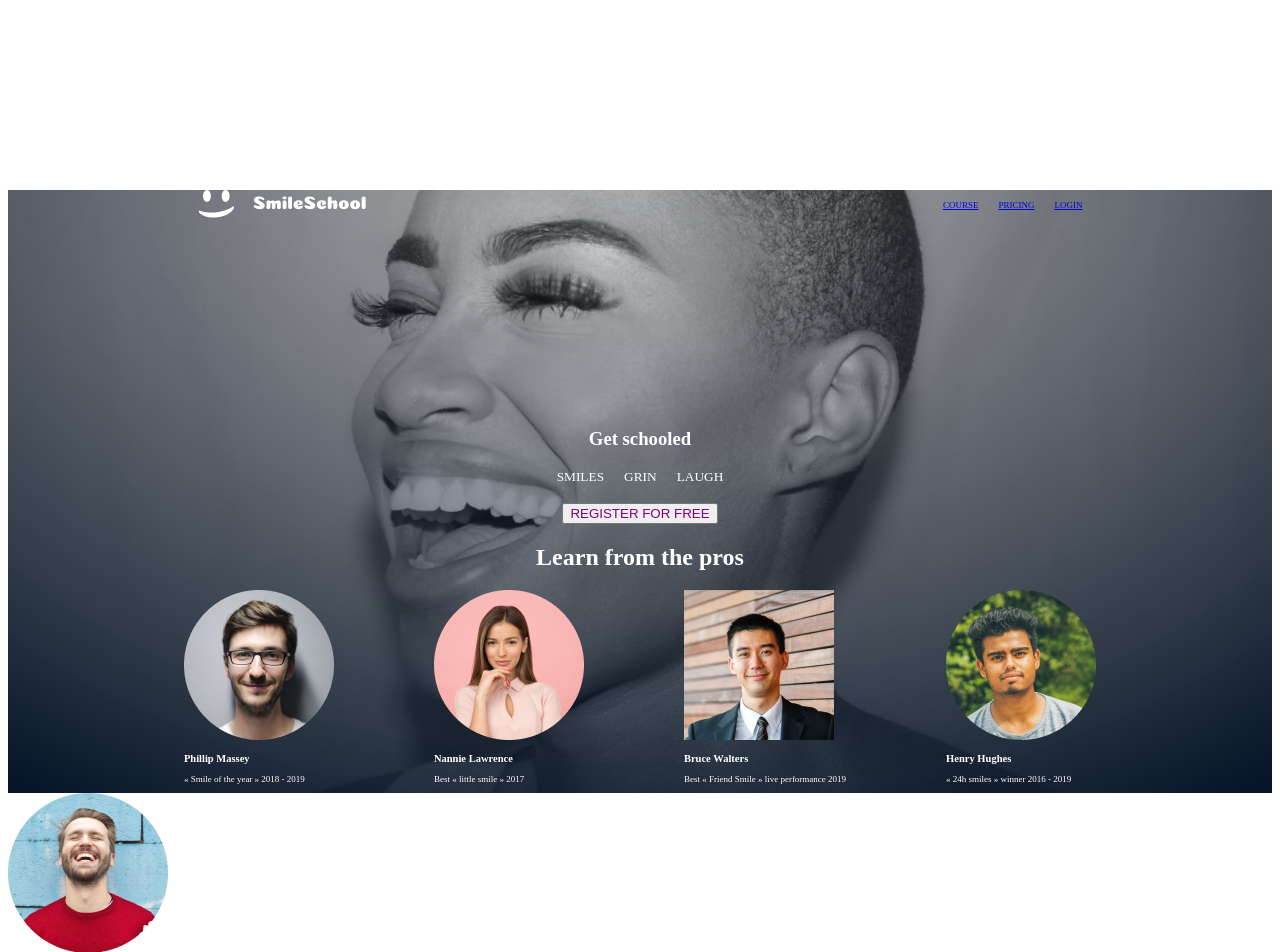
Repository: mwihakiann/alx_html_css
Page: css_advanced/index.html
An editor plug-in stored every save of this project. The page is shown before and after a run of saves, followed by the edit.
The browser window is 1280 px wide. The pictures show the part of the page from y = 0 to 952 px (the page is 3643 px tall).
A picture or video elsewhere on the page could not be fetched, so the positions and the page height are approximate. Some web libraries are served in a nearby version.

Above is the page before, as saved 2025-09-28 17:59:26.

### css_advanced/index.html
<!DOCTYPE html>
<html lang="en">
<head>
  <meta charset="UTF-8">
  <meta name="viewport" content="width=device-width, initial-scale=1.0">
  <script src="https://kit.fontawesome.com/4a2b055604.js" crossorigin="anonymous"></script>
  <title>Document</title>
  <link rel="stylesheet" href="styles.css">
</head>
<body>
    <section class="first-page">
  <header>
    <nav>
      <img src="./images/logo.png" alt="logo">
      <ul>
        <li><a href="#">COURSE</a></li>
        <li><a href="#">PRICING</a></li>
        <li><a href="#">LOGIN</a></li>
      </ul>
    </nav>
  </header>

  <main>
    <section>
      <div class="intro">
        <h1>Get schooled</h1>
        <div class="horizontal-stack">
        <span>SMILES</span>
        <span>GRIN</span>
        <span>LAUGH</span>
        </div>
        <br>
        <button class="register">REGISTER FOR FREE</button>
      </div>
      <div class="learn-from-pros">
        <h2>Learn from the pros</h2>
        <div class="pros">
          <div>
            <img src="./images/1.png" alt="">
            <h3>Phillip Massey</h3>
            <p>« Smile of the year » 2018 - 2019</p>
          </div>
          <div>
            <img src="./images/3.png" alt="">
            <h3>Nannie Lawrence</h3>
            <p>Best « little smile » 2017</p>
          </div>
          <div>
            <img src="./images/2.png" alt="">
            <h3>Bruce Walters</h3>
            <p>Best « Friend Smile » live performance 2019</p>
          </div>
          <div>
            <img src="./images/4.png" alt="">
            <h3>Henry Hughes</h3>
            <p>« 24h smiles » winner 2016 - 2019</p>
          </div>
        </div>
      </div>
    </section>
</section>

    <section>
      <div>
        <img src="./images/5.png" alt="image">
      </div>
      <div>
        <blockquote>« Those tutorials are concise and go straight to the point. I can’t think of a better place to learn smiling. And it’s so fun!</blockquote>
        <h3>NAME</h3>
        <p>weather presenter</p>
      </div>
    </section>

    <section>
      <h2>Most popular tutorials</h2>

      <div class="tutorial-card">
        <img src="./images/9.png" alt="Diagonal Smile">
        <img src="./images/play.png" alt="play button" class="play-btn">
        <h3>Diagonal Smile</h3>
        <p>Lorem ipsum dolor sit amet, consect adipiscing elit, sed do eiusmod.</p>
        <div>
          <img src="./images/1 (3).png" alt="">
          <h4>Phillip Massey</h4>
        </div>
        <div>
          <div><i class="fa-solid fa-star"></i></div>
          <div><i class="fa-solid fa-star"></i></div>
          <div><i class="fa-solid fa-star"></i></div>
          <div><i class="fa-solid fa-star"></i></div>
          <div><i class="fa-solid fa-star"></i></div>
        </div>
        <p>8 min</p>
      </div>

      <div class="tutorial-card">
        <img src="./images/6.png" alt="Happy Smile">
        <img src="./images/play.png" alt="play button" class="play-btn">
        <h3>Happy Smile</h3>
        <p>Lorem ipsum dolor sit amet, consect adipiscing elit, sed do eiusmod.</p>
        <div>
          <img src="./images/1 (3).png" alt="">
          <h4>Phillip Massey</h4>
        </div>
        <div>
          <div><i class="fa-solid fa-star"></i></div>
          <div><i class="fa-solid fa-star"></i></div>
          <div><i class="fa-solid fa-star"></i></div>
          <div><i class="fa-solid fa-star"></i></div>
          <div><i class="fa-solid fa-star"></i></div>
        </div>
        <p>8 min</p>
      </div>

      <div class="tutorial-card">
        <img src="./images/8.png" alt="Natural Smile">
        <img src="./images/play.png" alt="play button" class="play-btn">
        <h3>Natural Smile</h3>
        <p>Lorem ipsum dolor sit amet, consect adipiscing elit, sed do eiusmod.</p>
        <div>
          <img src="./images/1.png" alt="">
          <h4>Phillip Massey</h4>
        </div>
        <div>
          <div><i class="fa-solid fa-star"></i></div>
          <div><i class="fa-solid fa-star"></i></div>
          <div><i class="fa-solid fa-star"></i></div>
          <div><i class="fa-solid fa-star"></i></div>
          <div><i class="fa-solid fa-star"></i></div>
        </div>
        <p>8 min</p>
      </div>

      <div class="tutorial-card">
        <img src="./images/7.png" alt="Sad Smile">
        <img src="./images/play.png" alt="play button" class="play-btn">
        <h3>Sad Smile</h3>
        <p>Lorem ipsum dolor sit amet, consect adipiscing elit, sed do eiusmod.</p>
        <div>
          <img src="./images/1.png" alt="">
          <h4>Phillip Massey</h4>
        </div>
        <div>
          <div><i class="fa-solid fa-star"></i></div>
          <div><i class="fa-solid fa-star"></i></div>
          <div><i class="fa-solid fa-star"></i></div>
          <div><i class="fa-solid fa-star"></i></div>
          <div><i class="fa-solid fa-star"></i></div>
        </div>
        <p>8 min</p>
      </div>
    </section>

    <section>
      <h2>Free membership</h2>
      <div>
        <img src="./images/smile.png" alt="">
        <h3>Lorem Ipsum</h3>
        <p>Lorem ipsum dolor sit amet, consectetur adipiscing elit.</p>
      </div>
      <div>
        <img src="./images/smile.png" alt="">
        <h3>Lorem Ipsum</h3>
        <p>Lorem ipsum dolor sit amet, consectetur adipiscing elit.</p>
      </div>
      <div>
        <img src="./images/smile.png" alt="">
        <h3>Lorem Ipsum</h3>
        <p>Lorem ipsum dolor sit amet, consectetur adipiscing elit.</p>
      </div>
      <div>
        <img src="./images/smile.png" alt="">
        <h3>Lorem Ipsum</h3>
        <p>Lorem ipsum dolor sit amet, consectetur adipiscing elit.</p>
      </div>
      <button>REGISTER FOR FREE</button>
    </section>

    <section>
      <h2>F.A.Q</h2>
      <div>
        <div>
          <div>
            <h3>How does this work?</h3>
          </div>
          <div>
            Lorem ipsum dolor sit amet, consectetur adipiscing elit, sed do eiusmod tempor incididunt ut labore et dolore magna aliqua.
          </div>

          <div>
            <h3>How does this work?</h3>
          </div>
          <div>
            Lorem ipsum dolor sit amet, consectetur adipiscing elit, sed do eiusmod tempor incididunt ut labore et dolore magna aliqua.
          </div>
        </div>
        <div>
          <div>
            <h3>How does this work?</h3>
          </div>
          <div>
            Lorem ipsum dolor sit amet, consectetur adipiscing elit, sed do eiusmod tempor incididunt ut labore et dolore magna aliqua.
          </div>
          <div>
            <h3>How does this work?</h3>
          </div>
          <div>
            Lorem ipsum dolor sit amet, consectetur adipiscing elit, sed do eiusmod tempor incididunt ut labore et dolore magna aliqua.
          </div>
        </div>
      </div>
    </section>
  </main>

  <footer>
    <section>
      <div>
        <img src="./images/logo.png" alt="logo">
        <div>
          <i class="fa-brands fa-facebook"></i>
          <i class="fa-brands fa-twitter"></i>
          <i class="fa-brands fa-instagram"></i>
        </div>
      </div>
      <p>©smileschool 2020</p>
    </section>
  </footer>
</body>
</html>

### css_advanced/styles.css
body{
    color: white;
}
nav ul{
    display: flex;
    gap: 20px;
    list-style: none;
    color: white;
    text-decoration: none;
}
nav{
    display: flex;
    justify-content: space-between;
    align-items: center;
    margin: 15%;
    font-size: xx-small;
}
.first-page{
    background-image: url(./images/Object.png);
    background-size: cover;
    background-position: center;
    color: white;
}
.intro{
    display: flex;
    flex-direction: column;
    justify-content: center;
    align-items: center;
    gap: 0;
}
h1{
    font-size: 40;
}
.register{
    color: purple
}
.learn-from-pros{
    display: flex;
    flex-direction: column;
    justify-content: center;
    align-items: center;
    font-size: medium;
}
.pros{
    display: flex;
    font-size:xx-small;
    gap: 100px;
}
.horizontal-stack{
   display: flex;
    gap: 20px;
    font-size: smaller;
}
.tutorial-card {
    position: relative;
    display: inline-block;
    margin: 20px;
  }

  .tutorial-card img {
    display: block;
  }

  .tutorial-card .play-btn {
    position: absolute;
    top: 50px;
    left: 50%;
    transform: translateX(-50 -50%);
    width: 50px;
    height: 50px;
    pointer-events: none;
  }

After the next 3 saves:
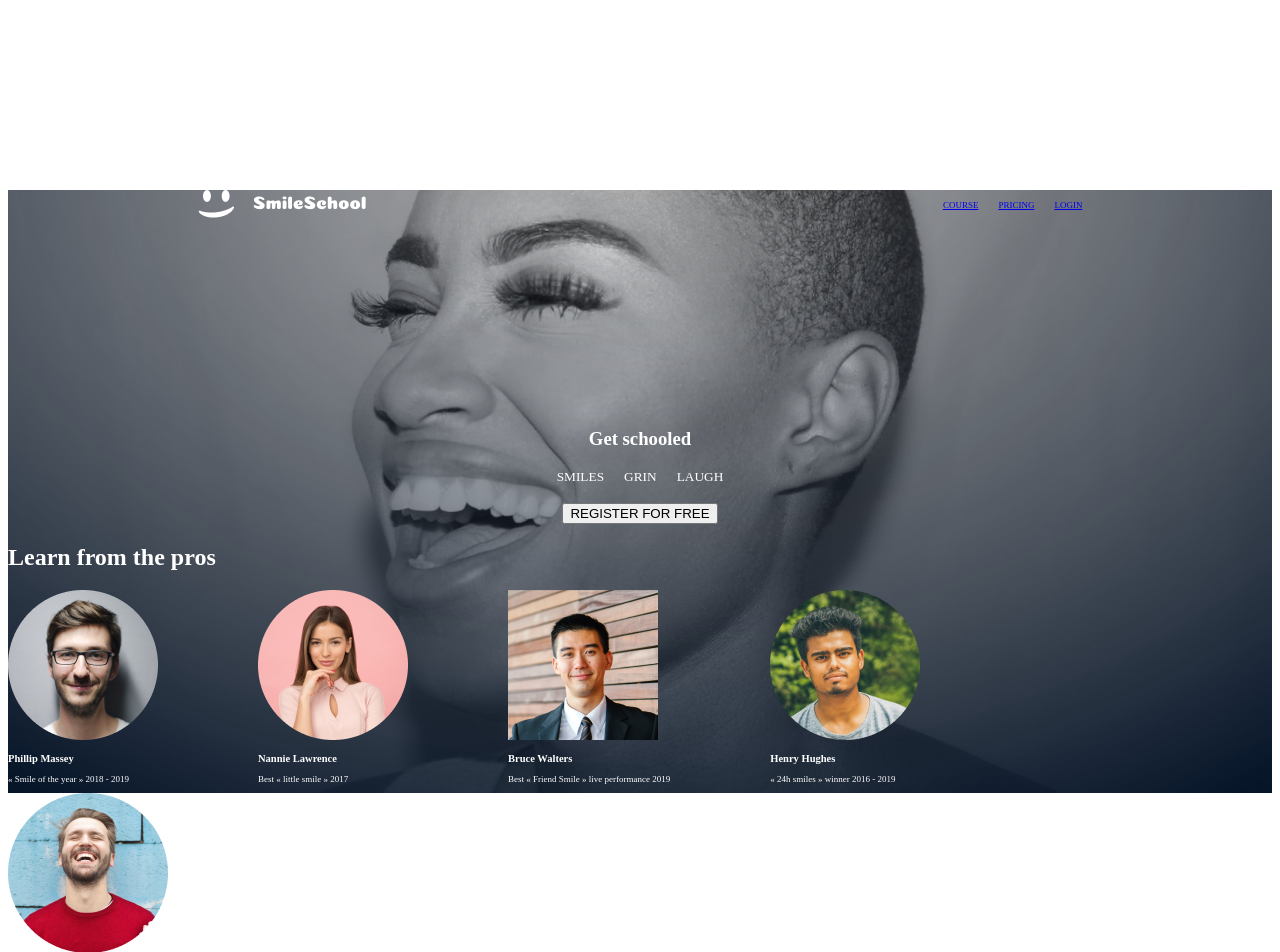
The 3 saves are shown as one change because they came seconds apart.
The last was saved 3 min 40 s later.
--- a/css_advanced/styles.css
+++ b/css_advanced/styles.css
@@ -31,8 +31,7 @@
 h1{
     font-size: 40;
 }
-.register{
-    color: purple
+.registcolor: purple
 }
 .learn-from-pros{
     display: flex;

After the 2 saves that followed:
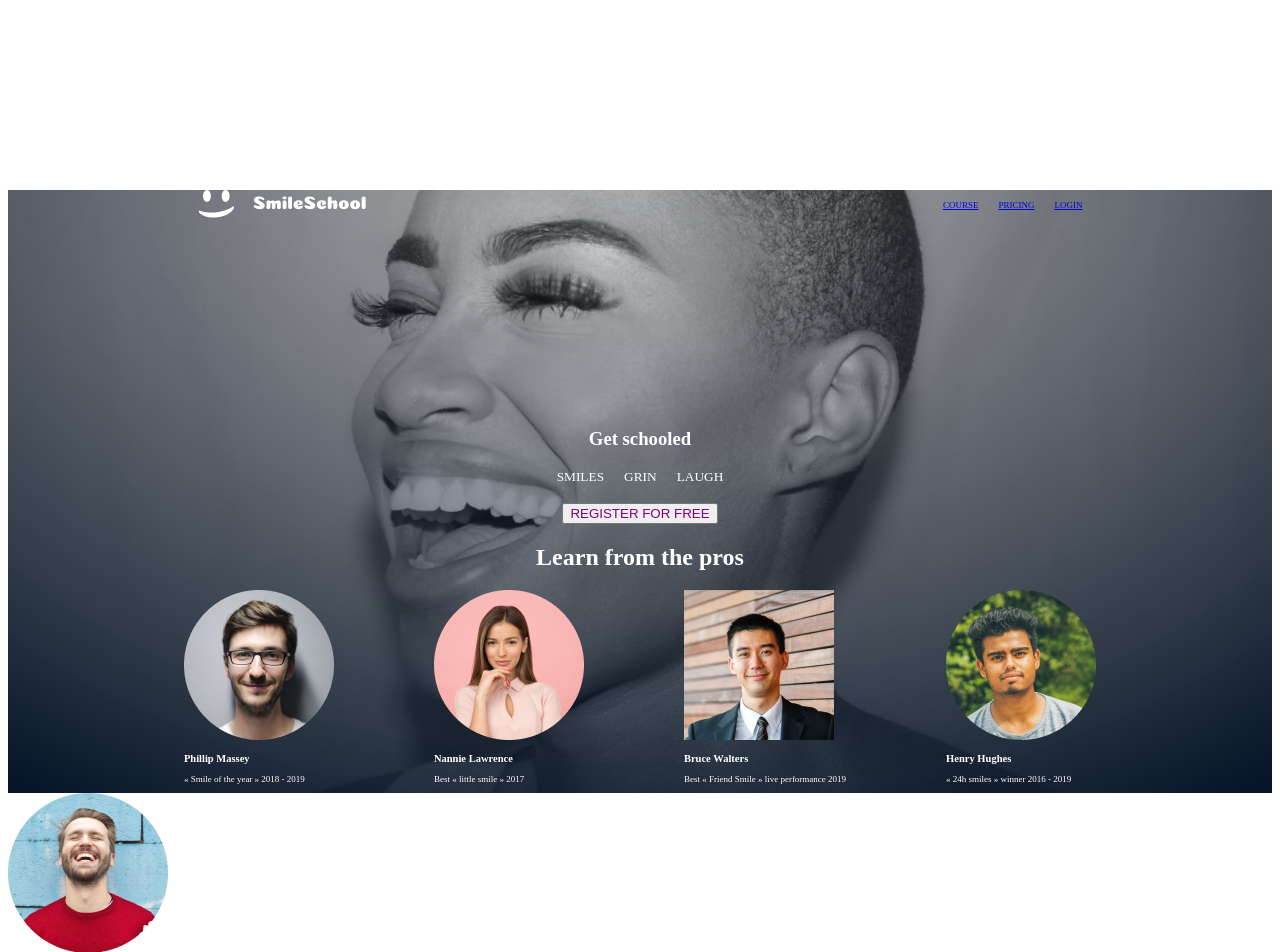
The 2 saves are shown as one change because they came seconds apart.
The last was saved 7 s later.
--- a/css_advanced/styles.css
+++ b/css_advanced/styles.css
@@ -31,7 +31,8 @@
 h1{
     font-size: 40;
 }
-.registcolor: purple
+.register{
+    color: purple
 }
 .learn-from-pros{
     display: flex;
